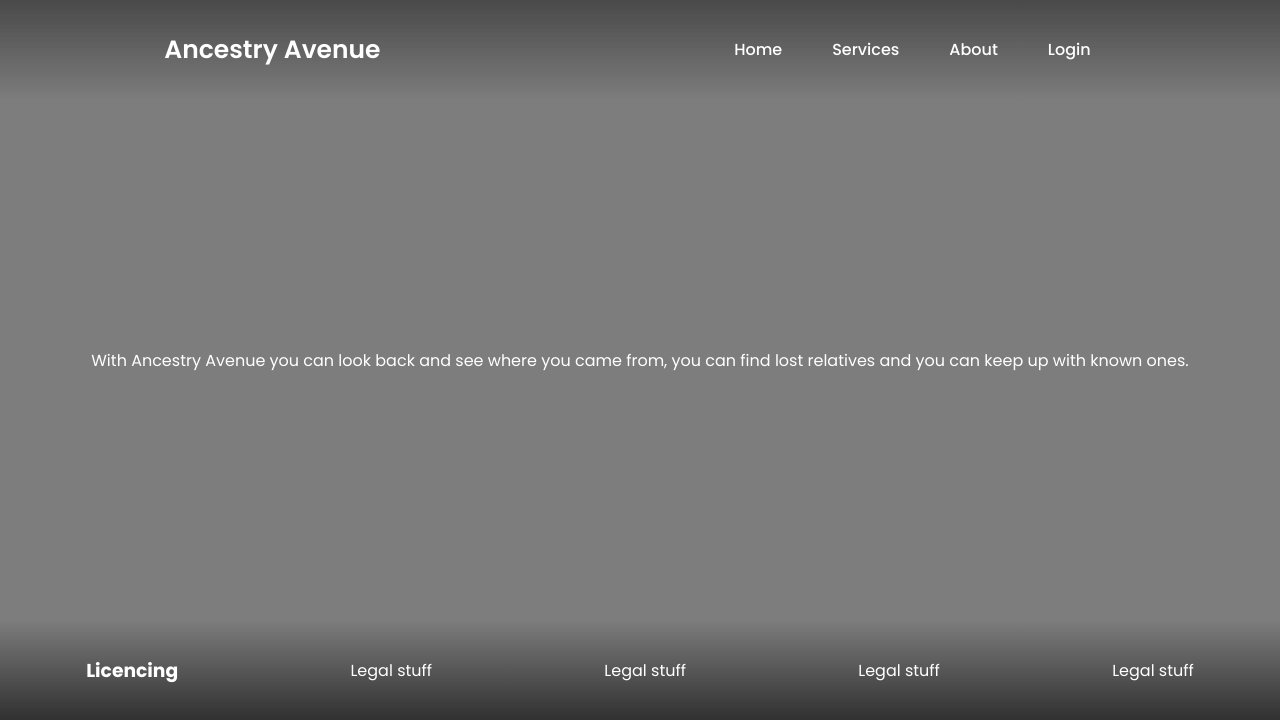
Repository: Erik-Paulin/24wuab
Page: services.html
These files come from the project's save history. The page is drawn as it stood at one moment and after the next save; the edit follows.
The browser window is 1280 px wide. The pictures show the whole page.

Above is the page before, as saved 2024-05-04 17:24:56.
Console error: TypeError: Cannot read properties of null (reading 'addEventListener')

### services.html
<!DOCTYPE html>
<html lang="en">
  <head>
    <meta charset="UTF-8" />
    <meta http-equiv="X-UA-Compatible" content="IE=edge" />
    <meta name="viewport" content="width=device-width, initial-scale=1.0" />
    <link
      href="https://unpkg.com/boxicons@2.1.4/css/boxicons.min.css"
      rel="stylesheet"
    />
    <link rel="stylesheet" href="css/styles.css" />
    <title>Services</title>
  </head>

  <body id="services">
    <div class="wrapper">
      <nav class="nav">
        <div class="nav-logo">
          <p>Ancestry Avenue</p>
        </div>
        <div class="nav-menu" id="navMenu">
          <ul>
            <li><a href="index.html" class="link">Home</a></li>
            <li><a href="services.html" class="link">Services</a></li>
            <li><a href="The-team.html" class="link">About</a></li>
            <li><a href="login.html" class="link">Login</a></li>
          </ul>
        </div>
        <div class="nav-menu-btn">
          <i class="bx bx-menu"></i>
        </div>
      </nav>

      <div class="Wrapper">
        <main class="options">
          <div>
          <div id="info">
            <p>
              With Ancestry Avenue you can look back and see where you came
              from, you can find lost relatives and you can keep up with known ones.
            </p>
          </div>
        </div>
        </main>
      </div>
      <footer class="foot">
        <h3>Licencing</h3>
         <p>Legal stuff </p>
         <p>Legal stuff </p>
         <p>Legal stuff </p>
         <p>Legal stuff </p>
      </footer>
    </div>
    <script src="js/main.js"></script>
  </body>
</html>

### css/styles.css
/* Majoriteten av css filen tar stor inspiration från andra projekt och intruktionsfilmer från t.ex youtube*/

/* POPPINS FONT */
@import url('https://fonts.googleapis.com/css2?family=Poppins:wght@400;500;600;700&display=swap');

*{
    margin: 0;
    padding: 0;
    box-sizing: border-box;
    font-family: 'Poppins', sans-serif;
}
body{
    background: rgba(39, 39, 39, 0.6);
    color: white;
}
.wrapper{
    justify-content: center;
    justify-items: center;
    height: 100vh;
    width: 100%;
    display: grid;
    grid-template-rows: 100px 19fr 100px;
    grid-template-areas:
    'nav'
    'main'
    'foot'
}
.asswrapper{
    justify-content: center;
    justify-items: center;
    height: 100vh;
    width: 100%;
    display: grid;
    grid-template-rows: 100px 19fr 100px;
    grid-template-areas:
    'nav'
    'main'
    'foot'
}
.nav{
    grid-area: nav;
    position: fixed;
    top: 0;
    display: flex;
    justify-content: space-around;
    width: 100%;
    height: 100px;
    line-height: 100px;
    background: linear-gradient(rgba(39,39,39, 0.6), transparent);
    z-index: 100;
}
.nav-logo p{
    color: white;
    font-size: 25px;
    font-weight: 600;
}
.nav-menu ul{
    display: flex;
}
.nav-menu ul li{
    list-style-type: none;
}
.nav-menu ul li .link{
    text-decoration: none;
    font-weight: 500;
    color: #fff;
    padding-bottom: 15px;
    margin: 0 25px;
}
.link:hover, .active{
    border-bottom: 2px solid #fff;
}
.btn{
    display: flex;
    align-self:center;
    align-items:center;
    justify-content: center;
    width: 130px;
    height: 40px;
    font-weight: 500;
    background: rgba(255, 255, 255, 0.4);
    border: none;
    border-radius: 30px;
    cursor: pointer;
    transition: .3s ease;
}
.btn:hover{
    background: rgba(255, 255, 255, 0.3);
}
#registerBtn{
    margin-left: 15px;
}
.btn.white-btn{
    background: rgba(255, 255, 255, 0.7);
}
.btn.btn.white-btn:hover{
    background: rgba(255, 255, 255, 0.5);
}
.nav-menu-btn{
    display: none;
}

.form-box{
    position: fixed;
    display: flex;
    align-items: center;
    justify-content: center;
    width: 512px;
    height: 420px;
    z-index: 2;
}
.login-container{
    position: absolute;
    left: 4px;
    width: 1fr;
    display: flex;
    flex-direction: column;
    transition: .5s ease-in-out;
}
.register-container{
    position: absolute;
    right: -520vw;
    width: 500px;
    display: flex;
    flex-direction: column;
    transition: .5s ease-in-out;
}
.top span{
    color: #fff;
    font-size: small;
    padding: 10px 0;
    display: flex;
    justify-content: center;
}
.top span a{
    font-weight: 500;
    color: #fff;
    margin-left: 5px;
}
header{
    color: #fff;
    font-size: 30px;
    text-align: center;
    padding: 10px 0 30px 0;
}
.two-forms{
    display: flex;
    gap: 10px;
}
.input-field{
    font-size: 15px;
    background: rgba(255, 255, 255, 0.2);
    color: #fff;
    height: 50px;
    width: 100%;
    padding: 0 10px 0 45px;
    border: none;
    border-radius: 30px;
    outline: none;
    transition: .2s ease;
}
.input-field:hover, .input-field:focus{
    background: rgba(255, 255, 255, 0.25);
}
::-webkit-input-placeholder{
    color: #fff;
}
.input-box i{
    position: relative;
    top: -35px;
    left: 17px;
    color: #fff;
}
.submit{
    font-size: 15px;
    font-weight: 500;
    color: black;
    height: 45px;
    width: 100%;
    border: none;
    border-radius: 30px;
    outline: none;
    background: rgba(255, 255, 255, 0.7);
    cursor: pointer;
    transition: .3s ease-in-out;
}
.submit:hover{
    background: rgba(255, 255, 255, 0.5);
    box-shadow: 1px 5px 7px 1px rgba(0, 0, 0, 0.2);
}
.two-col{
    display: flex;
    justify-content: space-between;
    color: #fff;
    font-size: small;
    margin-top: 10px;
}
.two-col .one{
    display: flex;
    gap: 5px;
}
.two label a{
    text-decoration: none;
    color: #fff;
}
.two label a:hover{
    text-decoration: underline;
}
.foot{
    height: 100px;
    width: 100%;
    display: flex;
    align-self:center;
    align-items:center;
    justify-content: space-around;
    background: linear-gradient(0deg,rgba(30,30,30, 0.8), transparent);
    position: fixed;
    bottom: 0;
}

.Wrapper{
    width: 100%;
    grid-area: main;
    display: flex;
    flex-direction: column;
    align-items: center;
    justify-content:center;
    padding: 50px;
}
.Associates{
    display: grid;
    gap: 15px;
    grid-area: asmn;
    height: 100%;
    width: 100%;
    grid-template-rows: 100px 5fr 5fr 1fr;
    grid-template-areas:
    'nv'
    'one'
    'two'
    'ft'
}
.nv{
    grid-area: nv;
    height: 100px;
}
.profile{
    justify-self: start;
}
img{
    display: grid;
    grid-area: img;
    object-fit: cover;
    width: 100%;
    max-height: 100%;
}
.info{
    grid-area: info;
}

@media (min-width: 851px) {
    .one1{
        height: 100%;
        width: 100%;
        grid-area: one;
        display: grid;
        border-style: solid;
        border-color: white;
        padding: 10px;
        border-width: 5px;
        border-radius: 5px;
        align-items: center;
        justify-items: end;
        grid-template-columns: 2fr 4fr;
        grid-template-areas:
        'img info'
    }
    .two2{
        grid-area: two;
        display: grid;
        border-style: solid;
        border-color: white;
        padding: 10px;
        border-width: 5px;
        border-radius: 5px;
        align-items: center;
        justify-items: end;
        grid-template-columns: 2fr 4fr;
        grid-template-areas:
        'img info'
    }
    .info{
        grid-area: info;
        padding: 20px;
    }
}
@media (max-width: 850px) {
    .wrapper{
        height: 100vh;
        width: 100%;
        display: grid;
        grid-template-rows: 3fr 19fr 5fr;
        grid-template-areas:
        'nav'
        'main'
        'foot'
    }
    .Wrapper{
        width:100%;
        padding: 50px
    }
    .form-box{
        width: 100%;
        height: 500px;
    }
    .register-container, .login-container{
        align-self: center;
        justify-self: center;
        width: 100%;
        padding: 0 20px;
    }
    .register-container .two-forms{
        flex-direction: column;
        gap: 0;
    }
    .nav-button{
        display: none;
    }
    .nav-menu.responsive{
        top: 100px;
    }
    .nav-menu{
        position: absolute;
        top: -2000px;
        display: flex;
        justify-content: center;
        background: rgba(255, 255, 255, 0.2);
        width: 100%;
        height: 90vh;
        backdrop-filter: blur(20px);
        transition: .3s;
    }
    .nav-menu ul{
        flex-direction: column;
        text-align: center;
    }
    .nav-menu-btn{
        display: block;
    }
    .nav-menu-btn i{
        font-size: 25px;
        color: #fff;
        padding: 10px;
        background: rgba(255, 255, 255, 0.2);
        border-radius: 50%;
        cursor: pointer;
        transition: .3s;
    }
    .nav-menu-btn i:hover{
        background: rgba(255, 255, 255, 0.15);
    }
    .foot{
        font-size: 70%;
    }
    .Associates{
        display: grid;
        gap: 10px;
        grid-area: asmn;
        height: 100vh;
        width: 100%;
        grid-template-rows: 100px 1fr 1fr 100px;
        grid-template-areas:
        'nv'
        'one'
        'two'
        'ft'
    }
    .one1{
        height: 1fr;
        width: 100%;
        grid-area: one;
        display: grid;
        border-style: solid;
        border-color: white;
        padding: 5px;
        border-width: 5px;
        border-radius: 5px;
        align-items: center;
        justify-items: end;
        grid-template-areas:
        'img'
        'info'
    }
    .two2{
        height: 1fr;
        width: 100%;
        grid-area: two;
        display: grid;
        border-style: solid;
        border-color: white;
        padding: 5px;
        border-width: 5px;
        border-radius: 5px;
        align-items: center;
        justify-items: end;
        grid-template-areas:
        'img'
        'info'
    }
    img{
        display: grid;
        align-self:start;
        grid-area: img;
        object-fit: cover;
        width: 100%;
        max-height: 100%;
    }
}
@media (max-width: 300px) {
    .wrapper{
        width: 100%;
    }
    .form-box{
        width: 100%;
        height: 500px;
    }
    .register-container, .login-container{
        align-self:center;
        justify-self: center;
        width: 100%;
        padding: 0 20px;
    }
    .register-container .two-forms{
        flex-direction: column;
        gap: 0;
    }
    .one1{
        height: 100%;
        width: 100%;
        grid-area: one;
        display: grid;
        border-style: solid;
        border-color: white;
        padding: 20px;
        border-width: 5px;
        border-radius: 5px;
        padding-right: 10px;
        align-items: center;
        justify-items: end;
        grid-template-columns: 2fr 4fr;
        grid-template-areas:
        'img'
        'info'
    }
    .two2{
        grid-area: two;
        display: grid;
        border-style: solid;
        border-color: white;
        padding: 20px;
        border-width: 5px;
        border-radius: 5px;
        padding-right: 10px;
        align-items: center;
        justify-items: end;
        grid-template-rows: 2fr 1fr 4fr;
        grid-template-areas:
        'img'
        'fr'
        'info'
    }
}

### js/main.js
let menuBtn = document.querySelector(".nav-menu-btn")
menuBtn.addEventListener("click",myMenuFunction)

let loginBtn = document.querySelector("#loginBtn")
loginBtn.addEventListener("click",login)

let registerBtn = document.querySelector("#registerBtn")
registerBtn.addEventListener("click",register)

var a = document.getElementById("loginBtn");
var b = document.getElementById("registerBtn");
var x = document.getElementById("login");
var y = document.getElementById("register");

// Functions är till stor del lånade med specifiering gjort av mig

function myMenuFunction() {
  var i = document.getElementById("navMenu");

  if (i.className === "nav-menu") {
    i.className += " responsive";
  } else {
    i.className = "nav-menu";
  }
}

function login() {
  x.style.left = "4px";
  y.style.right = "-520px";
  a.className += " white-btn";
  b.className = "btn";
  x.style.opacity = 1;
  y.style.opacity = 0;
}

function register() {
  x.style.left = "-510px";
  y.style.right = "5px";
  a.className = "btn";
  b.className += " white-btn";
  x.style.opacity = 0;
  y.style.opacity = 1;
}

After the next save:
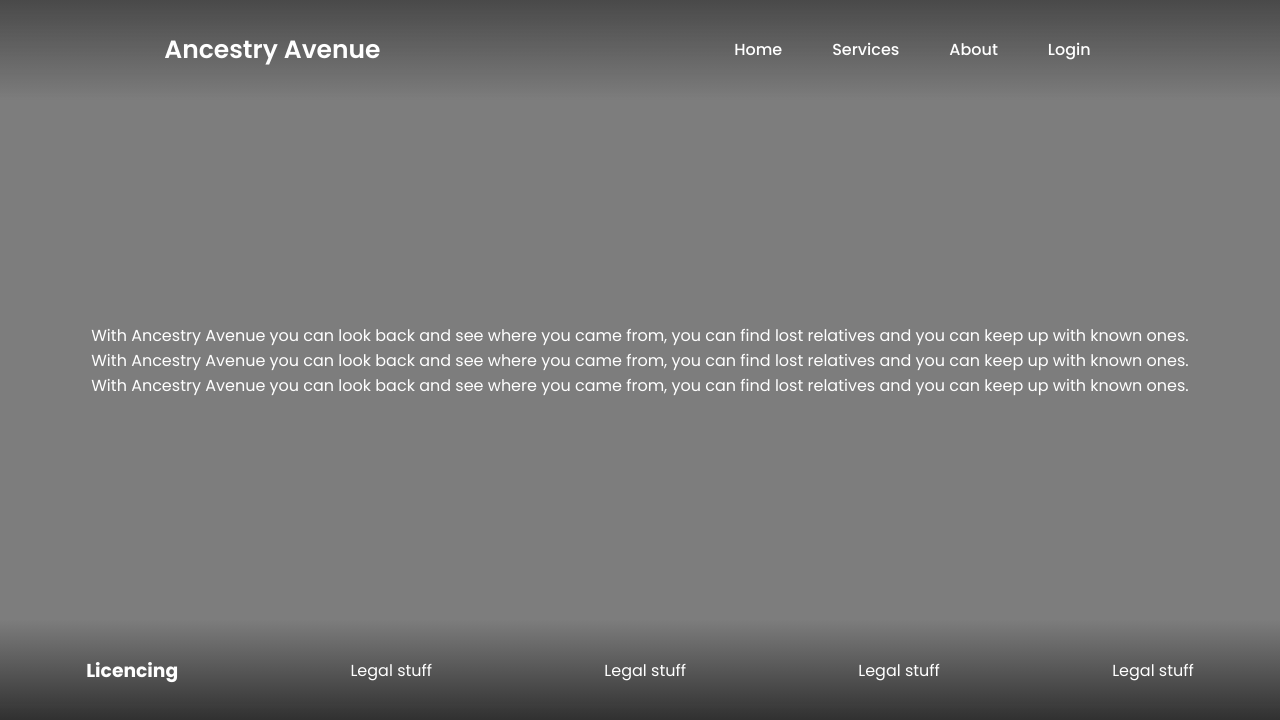
Saved 10 s later.
--- a/services.html
+++ b/services.html
@@ -41,6 +41,22 @@
             </p>
           </div>
         </div>
+        <div>
+          <div id="info">
+            <p>
+              With Ancestry Avenue you can look back and see where you came
+              from, you can find lost relatives and you can keep up with known ones.
+            </p>
+          </div>
+        </div>
+        <div>
+          <div id="info">
+            <p>
+              With Ancestry Avenue you can look back and see where you came
+              from, you can find lost relatives and you can keep up with known ones.
+            </p>
+          </div>
+        </div>
         </main>
       </div>
       <footer class="foot">
